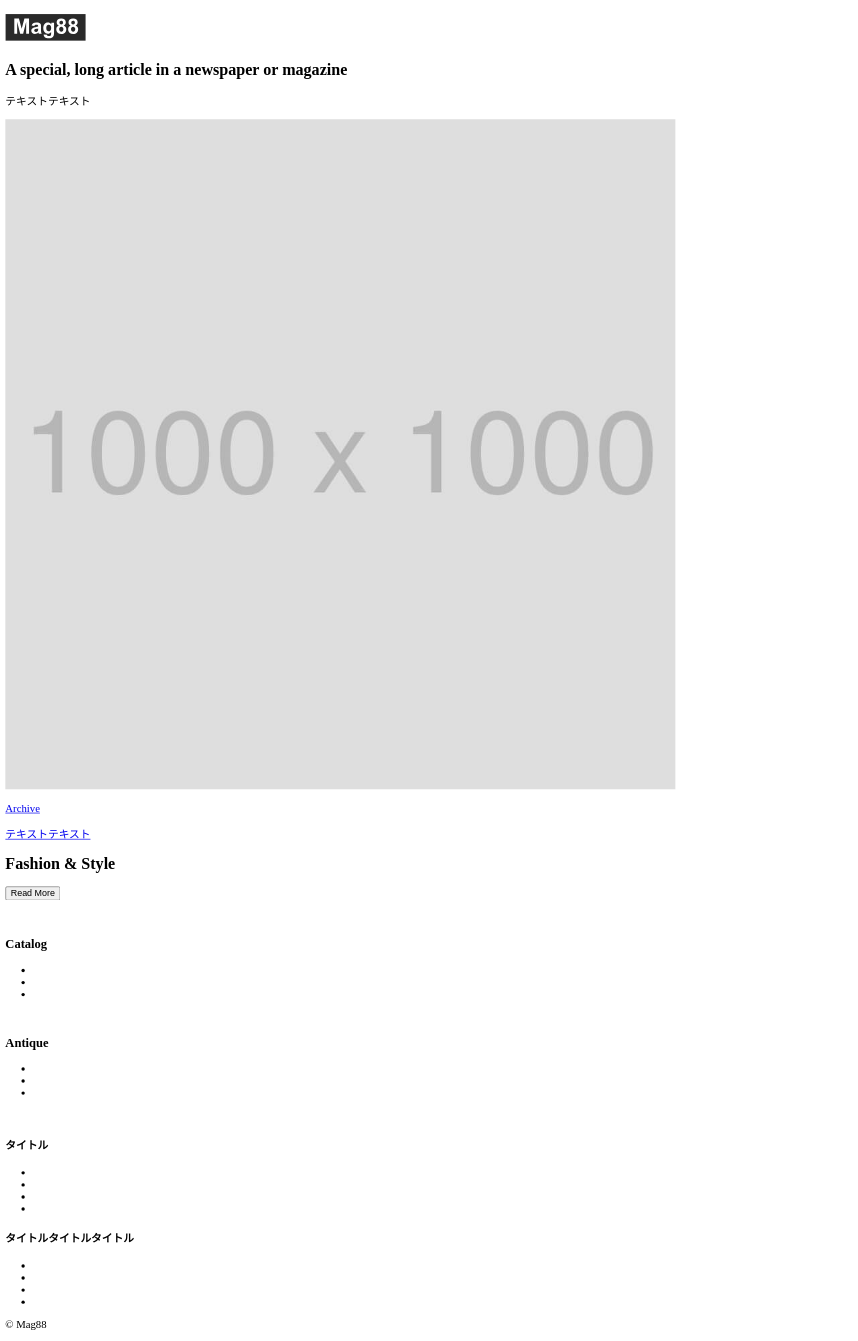
Repository: Fuki-san/bookstore
Page: http://localhost/book
The author's editor kept a copy of each file at every save. The page is drawn from the files as they stood at one save, then again after the next save.
The browser window is 1280 px wide. The pictures show the whole page, at 67% of full size.
The page is served by the project's Laravel application, run on PHP 8.4 with Laravel 10. Other server files are loaded and not shown.

Above is the page before, as saved 2023-11-20 12:10:42.

### routes/web.php
<?php

use Illuminate\Support\Facades\Route;

/*
|--------------------------------------------------------------------------
| Web Routes
|--------------------------------------------------------------------------
|
| Here is where you can register web routes for your application. These
| routes are loaded by the RouteServiceProvider and all of them will
| be assigned to the "web" middleware group. Make something great!
|
*/

Route::get('/', function () {
    return view('welcome');
});

Route::get('book', function() {
    return view('bookstore');
})->name('book');

### resources/views/bookstore.blade.php
@extends('layouts.main')

@section('title', 'bookstore')

@section('content')
    <header>
        <h1 class="site-title"><img src="img/logo.svg" alt="Mag88"></h1>
    </header>

    <main>
        <section id="magazine" class="wrapper">
            <h2 class="sec-title">A special, long article in a newspaper or magazine</h2>
            <p>テキストテキスト</p>
            <div class="flex-item">
                <a class="item" href="#">
                    <img src="img/magazine-archive.jpg">
                    <div class="text">
                        <p class="title">Archive</p>
                        <p>
                        テキストテキスト
                        </p>
                    </div>
                </a>
                <a href=""></a>
            </div>
        </section>

        <section id="fashion" class="wrapper">
        <h2>Fashion & Style</h2>
            <p></p>
            <div><a href=""></a><input type="submit" class="button" value="Read More"></div>
            <img src="">
        </section>
        <section class="catalog-antique">
            <img src="">
            <h3>Catalog</h3>
            <ul>
                <li></li>
                <li></li>
                <li></li>
            </ul>
        </section>
        <section class="catalog-antique">
            <img src="">
            <h3>Antique</h3>
            <ul>
                <li></li>
                <li></li>
                <li></li>
            </ul>
        </section>

    </main>


    <footer>
        <div class="footer-menu">
            <img src="">
            <h4>タイトル</h4>
            <ul>
                <li></li>
                <li></li>
                <li></li>
                <li></li>
            </ul>
            <h4>タイトルタイトルタイトル</h4>
            <ul>
                <li></li>
                <li></li>
                <li></li>
                <li></li>
            </ul>
        </div>
        <p>&copy; Mag88</p>
    </footer>
@endsection

### resources/views/layouts/main.blade.php
<!DOCTYPE html>
<html lang="ja">
<head>
    <meta charset="UTF-8">
    <meta name="viewport" content="width=device-width, initial-scale=1.0">
    <meta http-equiv="X-UA-Compatible" content="ie=edge">
    <link rel="stylesheet" href="{{ asset('css/reset.css') }}">
    <link rel="stylesheet" href="{{ asset('css/style.css') }}">
    <link rel="icon" href="img/favicon.ico">
    <title>@yield('title')</title>
</head>
<body>
    @yield('content')
</body>
</html>

### public/img/logo.svg
<?xml version="1.0" encoding="utf-8"?>
<!-- Generator: Adobe Illustrator 15.1.0, SVG Export Plug-In . SVG Version: 6.00 Build 0)  -->
<!DOCTYPE svg PUBLIC "-//W3C//DTD SVG 1.1//EN" "http://www.w3.org/Graphics/SVG/1.1/DTD/svg11.dtd">
<svg version="1.1" id="レイヤー_1" xmlns="http://www.w3.org/2000/svg" xmlns:xlink="http://www.w3.org/1999/xlink" x="0px"
	 y="0px" width="120px" height="40px" viewBox="0 0 120 40" enable-background="new 0 0 120 40" xml:space="preserve">
<text transform="matrix(1 0 0 1 11.667 -25.8213)" fill="#2B3137" font-family="'Arial-BoldMT'" font-size="31.8021">Mag88</text>
<rect fill="#2A2A2A" width="120" height="40"/>
<g>
	<path fill="#FFFFFF" d="M13.351,29.333V6.568h6.879l4.13,15.529l4.084-15.529h6.895v22.765h-4.271v-17.92l-4.519,17.92h-4.425
		l-4.503-17.92v17.92H13.351z"/>
	<path fill="#FFFFFF" d="M43.134,17.872l-3.96-0.714c0.445-1.595,1.211-2.774,2.299-3.54c1.087-0.766,2.701-1.149,4.845-1.149
		c1.946,0,3.396,0.23,4.348,0.69c0.952,0.461,1.623,1.047,2.011,1.756c0.389,0.709,0.582,2.01,0.582,3.904l-0.046,5.094
		c0,1.449,0.069,2.518,0.21,3.207c0.139,0.688,0.4,1.426,0.783,2.213h-4.316c-0.113-0.29-0.254-0.72-0.419-1.289
		c-0.073-0.259-0.124-0.43-0.155-0.513c-0.746,0.725-1.543,1.269-2.392,1.63c-0.849,0.363-1.755,0.544-2.718,0.544
		c-1.697,0-3.035-0.46-4.014-1.382s-1.467-2.086-1.467-3.494c0-0.932,0.222-1.762,0.667-2.492c0.444-0.73,1.069-1.289,1.871-1.677
		c0.802-0.389,1.959-0.728,3.471-1.018c2.039-0.383,3.452-0.739,4.239-1.071v-0.435c0-0.839-0.207-1.437-0.621-1.794
		s-1.195-0.535-2.345-0.535c-0.776,0-1.382,0.152-1.817,0.458C43.755,16.571,43.403,17.106,43.134,17.872z M48.973,21.413
		c-0.559,0.187-1.444,0.409-2.655,0.668c-1.212,0.259-2.003,0.512-2.376,0.761c-0.569,0.403-0.854,0.916-0.854,1.537
		c0,0.61,0.227,1.14,0.683,1.584c0.456,0.445,1.035,0.667,1.739,0.667c0.787,0,1.537-0.258,2.252-0.775
		c0.527-0.394,0.875-0.875,1.04-1.444c0.114-0.373,0.171-1.081,0.171-2.128V21.413z"/>
	<path fill="#FFFFFF" d="M57.157,30.419l4.984,0.605c0.083,0.58,0.274,0.979,0.574,1.196c0.414,0.311,1.066,0.466,1.957,0.466
		c1.139,0,1.992-0.171,2.563-0.512c0.383-0.229,0.673-0.596,0.869-1.104c0.135-0.362,0.202-1.029,0.202-2.003v-2.407
		c-1.304,1.781-2.95,2.672-4.938,2.672c-2.215,0-3.97-0.938-5.264-2.811c-1.015-1.48-1.521-3.324-1.521-5.529
		c0-2.764,0.664-4.875,1.995-6.335c1.33-1.46,2.983-2.189,4.962-2.189c2.039,0,3.721,0.896,5.046,2.687v-2.314h4.084V27.64
		c0,1.946-0.161,3.4-0.481,4.363s-0.771,1.719-1.351,2.268c-0.58,0.549-1.354,0.979-2.321,1.289
		c-0.969,0.311-2.192,0.466-3.673,0.466c-2.795,0-4.778-0.479-5.947-1.437c-1.17-0.957-1.755-2.172-1.755-3.642
		C57.141,30.802,57.147,30.626,57.157,30.419z M61.054,20.745c0,1.75,0.339,3.031,1.017,3.844c0.679,0.813,1.515,1.219,2.508,1.219
		c1.066,0,1.967-0.416,2.703-1.25c0.734-0.834,1.102-2.068,1.102-3.703c0-1.709-0.352-2.977-1.056-3.805s-1.595-1.242-2.671-1.242
		c-1.045,0-1.907,0.406-2.586,1.219C61.393,17.839,61.054,19.079,61.054,20.745z"/>
	<path fill="#FFFFFF" d="M79.797,17.05c-1.129-0.477-1.949-1.131-2.462-1.965c-0.513-0.833-0.769-1.746-0.769-2.74
		c0-1.697,0.593-3.101,1.778-4.208c1.185-1.107,2.87-1.662,5.054-1.662c2.164,0,3.844,0.554,5.039,1.662
		c1.196,1.108,1.794,2.511,1.794,4.208c0,1.056-0.274,1.995-0.823,2.818c-0.549,0.822-1.32,1.451-2.313,1.887
		c1.263,0.508,2.224,1.248,2.88,2.221c0.658,0.973,0.986,2.096,0.986,3.369c0,2.102-0.67,3.811-2.011,5.125
		s-3.124,1.972-5.349,1.972c-2.071,0-3.795-0.544-5.172-1.63c-1.625-1.284-2.438-3.045-2.438-5.28c0-1.231,0.305-2.362,0.916-3.394
		C77.52,18.403,78.482,17.608,79.797,17.05z M80.293,22.407c0,1.201,0.309,2.138,0.924,2.811c0.616,0.673,1.385,1.01,2.307,1.01
		c0.9,0,1.646-0.324,2.236-0.971c0.59-0.647,0.885-1.582,0.885-2.803c0-1.066-0.301-1.924-0.9-2.57
		c-0.602-0.646-1.361-0.971-2.283-0.971c-1.066,0-1.861,0.367-2.383,1.103C80.555,20.751,80.293,21.548,80.293,22.407z
		 M80.698,12.655c0,0.869,0.246,1.547,0.737,2.034c0.491,0.486,1.146,0.729,1.964,0.729c0.828,0,1.491-0.246,1.988-0.737
		s0.745-1.173,0.745-2.042c0-0.818-0.246-1.473-0.737-1.965c-0.492-0.491-1.142-0.737-1.949-0.737c-0.838,0-1.506,0.249-2.003,0.745
		C80.946,11.18,80.698,11.837,80.698,12.655z"/>
	<path fill="#FFFFFF" d="M97.484,17.05c-1.128-0.477-1.948-1.131-2.462-1.965c-0.512-0.833-0.768-1.746-0.768-2.74
		c0-1.697,0.592-3.101,1.777-4.208c1.186-1.107,2.871-1.662,5.055-1.662c2.164,0,3.844,0.554,5.039,1.662
		c1.195,1.108,1.793,2.511,1.793,4.208c0,1.056-0.273,1.995-0.822,2.818c-0.549,0.822-1.32,1.451-2.314,1.887
		c1.264,0.508,2.224,1.248,2.881,2.221c0.658,0.973,0.986,2.096,0.986,3.369c0,2.102-0.67,3.811-2.012,5.125
		c-1.34,1.314-3.123,1.972-5.349,1.972c-2.071,0-3.794-0.544-5.171-1.63c-1.625-1.284-2.438-3.045-2.438-5.28
		c0-1.231,0.305-2.362,0.916-3.394C95.207,18.403,96.168,17.608,97.484,17.05z M97.981,22.407c0,1.201,0.308,2.138,0.924,2.811
		c0.615,0.673,1.385,1.01,2.307,1.01c0.9,0,1.646-0.324,2.235-0.971c0.591-0.647,0.886-1.582,0.886-2.803
		c0-1.066-0.301-1.924-0.901-2.57s-1.361-0.971-2.282-0.971c-1.066,0-1.861,0.367-2.384,1.103S97.981,21.548,97.981,22.407z
		 M98.385,12.655c0,0.869,0.245,1.547,0.736,2.034c0.492,0.486,1.146,0.729,1.965,0.729c0.828,0,1.49-0.246,1.988-0.737
		c0.496-0.491,0.744-1.173,0.744-2.042c0-0.818-0.246-1.473-0.736-1.965c-0.492-0.491-1.143-0.737-1.949-0.737
		c-0.839,0-1.506,0.249-2.004,0.745C98.633,11.18,98.385,11.837,98.385,12.655z"/>
</g>
</svg>

Loaded but not shown: public/css/style.css (no copy from this time; the picture is the same without it)

After the next save:
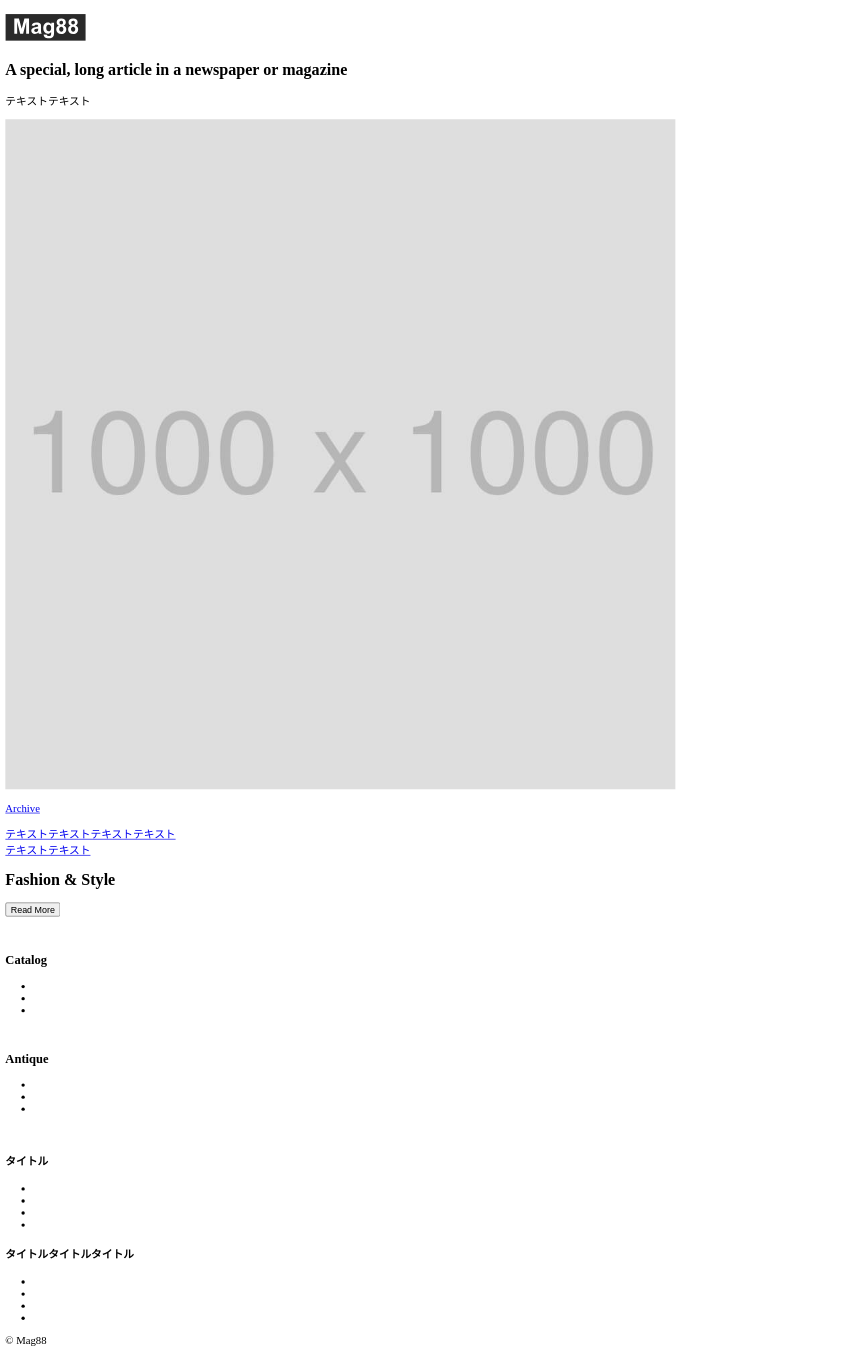
Saved 10 s later.
--- a/resources/views/bookstore.blade.php
+++ b/resources/views/bookstore.blade.php
@@ -17,7 +17,8 @@
                     <div class="text">
                         <p class="title">Archive</p>
                         <p>
-                        テキストテキスト
+                            テキストテキストテキストテキスト<br>
+                            テキストテキスト
                         </p>
                     </div>
                 </a>
@@ -26,7 +27,7 @@
         </section>
 
         <section id="fashion" class="wrapper">
-        <h2>Fashion & Style</h2>
+            <h2>Fashion & Style</h2>
             <p></p>
             <div><a href=""></a><input type="submit" class="button" value="Read More"></div>
             <img src="">
